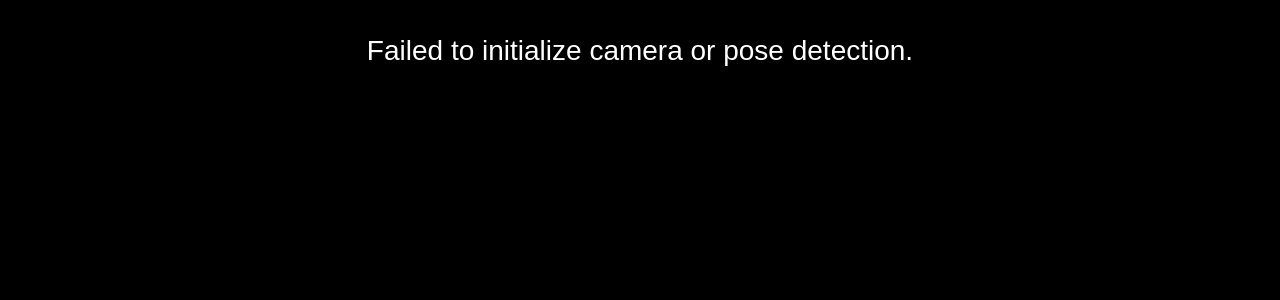
Repository: Jayhawk2000/AR_Game_DCD_Children
Page: challenge/balance/index.html
These files come from the project's save history. The page is drawn as it stood at one moment and after the next save; the edit follows.
The browser window is 1280 px wide. The pictures show the whole page.
After loading, the first visible `#startButton` was clicked once.

Above is the page before, as saved 2024-10-07 17:04:18.

After the next save:
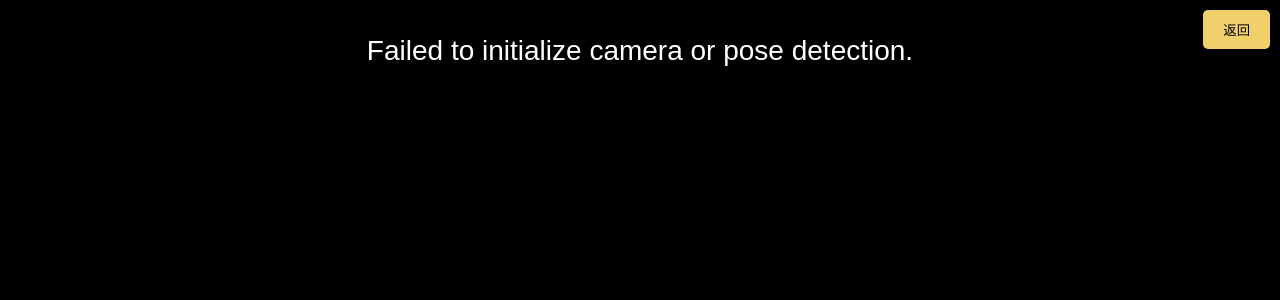
Saved 13 s later.
--- a/challenge/balance/app.js
+++ b/challenge/balance/app.js
@@ -325,11 +325,21 @@ function onResults(results) {
 
 document.addEventListener('DOMContentLoaded', function() {
     const backButton = document.getElementById('backButton');
+    const startButton = document.getElementById('startButton');
+
     backButton.addEventListener('click', function() {
         window.location.href = 'index.html';
     });
 
-    // 现有的代码
+    startButton.addEventListener('click', function() {
+        // 显示返回按钮
+        backButton.style.display = 'block';
+
+        // 原有的开始检测逻辑
+        // ...
+    });
+
+    // 其他现有代码
 });
 
 window.addEventListener("load", () => {
